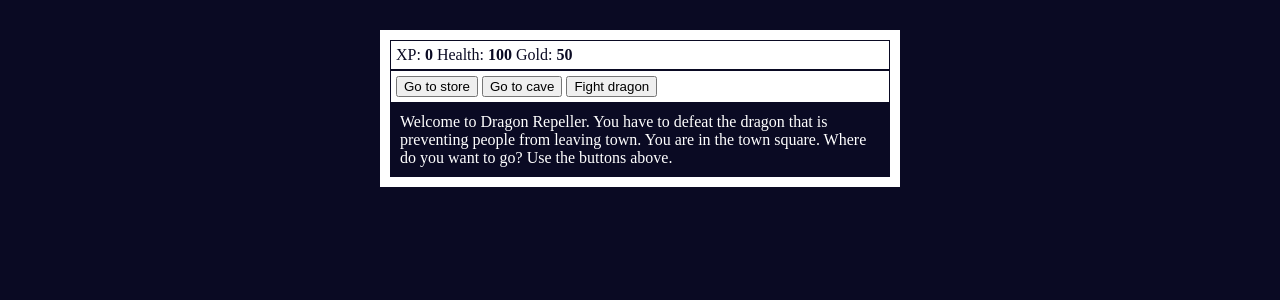
Repository: Lungdjos/role_playing_game
Page: index.html
An editor plug-in stored every save of this project. The page is shown before and after a run of saves, followed by the edit.
The browser window is 1280 px wide. The pictures show the whole page.

Above is the page before, as saved 2024-02-07 08:45:17.

### index.html
<!DOCTYPE html>
<html lang="en">

<head>
    <meta charset="UTF-8">
    <meta name="viewport" content="width=device-width, initial-scale=1.0">
    <title>RPG - Dragon Repeller</title>
    <link rel="stylesheet" href="./styles.css">

</head>

<body>
    <div id="game">
        <div id="stats">
            <span class="stat">XP: <strong><span id="xpText">0</span></strong>
            </span>
            <span class="stat">Health: <strong><span id="healthText">100</span></strong>
            </span>
            <span class="stat">Gold: <strong><span id="goldText">50</span></strong>
            </span>
        </div>
        <div id="controls">
            <button id="button1">Go to store</button>
            <button id="button2">Go to cave</button>
            <button id="button3">Fight dragon</button>
        </div>
        <div id="monsterStats">
            <span class="stat">
                Monster Name: <strong><span id="monsterName"></span></strong>
            </span>
            <span class="stat">
                Health: <strong><span id="monsterHealth"></span></strong>
            </span>
        </div>
        <div id="text">
            Welcome to Dragon Repeller. You have to defeat the dragon that is preventing people from leaving town. You are in the town square. Where do you want to go? Use the buttons above.
        </div>
    </div>

    <!-- JavaScript files -->
    <script src="./script.js"></script>
</body>

</html>

### styles.css
/** Main CSS */

body {
    background-color: #0a0a23;
}


/* text styling */

#text {
    background-color: #0a0a23;
    color: #fff;
    padding: 10px;
}


/* game styling */

#game {
    background-color: #fff;
    color: #fff;
    max-width: 500px;
    max-height: 400px;
    margin: 30px auto 0 auto;
    padding: 10px;
}


/* stats and controls styling */

#controls,
#stats {
    border: 1px solid #0a0a23;
    color: #0a0a23;
    padding: 5px;
}

.stat {}


/* monster stats styling */

#monsterStats {
    border: 1px solid #0a0a23;
    padding: 5px;
    color: #fff;
    background-color: #c70d0d;
    display: none;
}

### script.js
/**
 * Main JavaScript
 */

'use strict';

// variables
let xp = 0;
let health = 100;
let gold = 50;
let currentWeapon = 0;
let fighting;
let monsterHealth;
let inventory = ['stick'];

// query selectors
const button1 = document.querySelector('#button1');
const button2 = document.querySelector('#button2');
const button3 = document.querySelector('#button3');

After the next 3 saves:
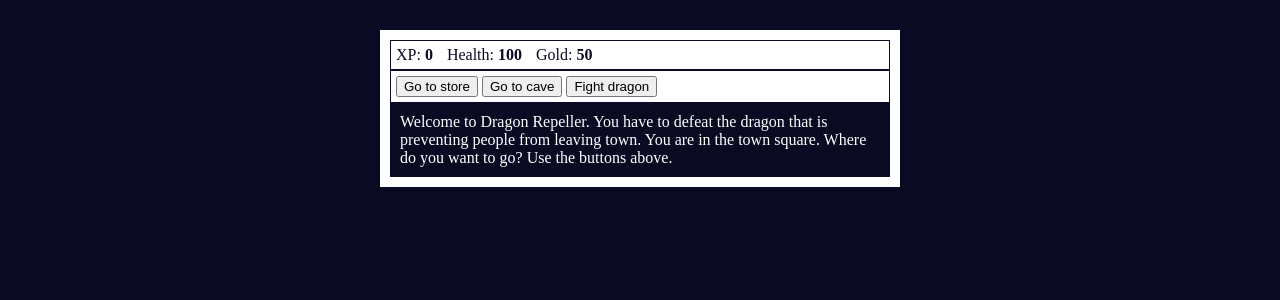
The 3 saves are shown as one change because they came seconds apart.
The last was saved 9 s later.
--- a/styles.css
+++ b/styles.css
@@ -35,7 +35,9 @@ body {
     padding: 5px;
 }
 
-.stat {}
+.stat {
+    padding-right: 10px;
+}
 
 
 /* monster stats styling */
